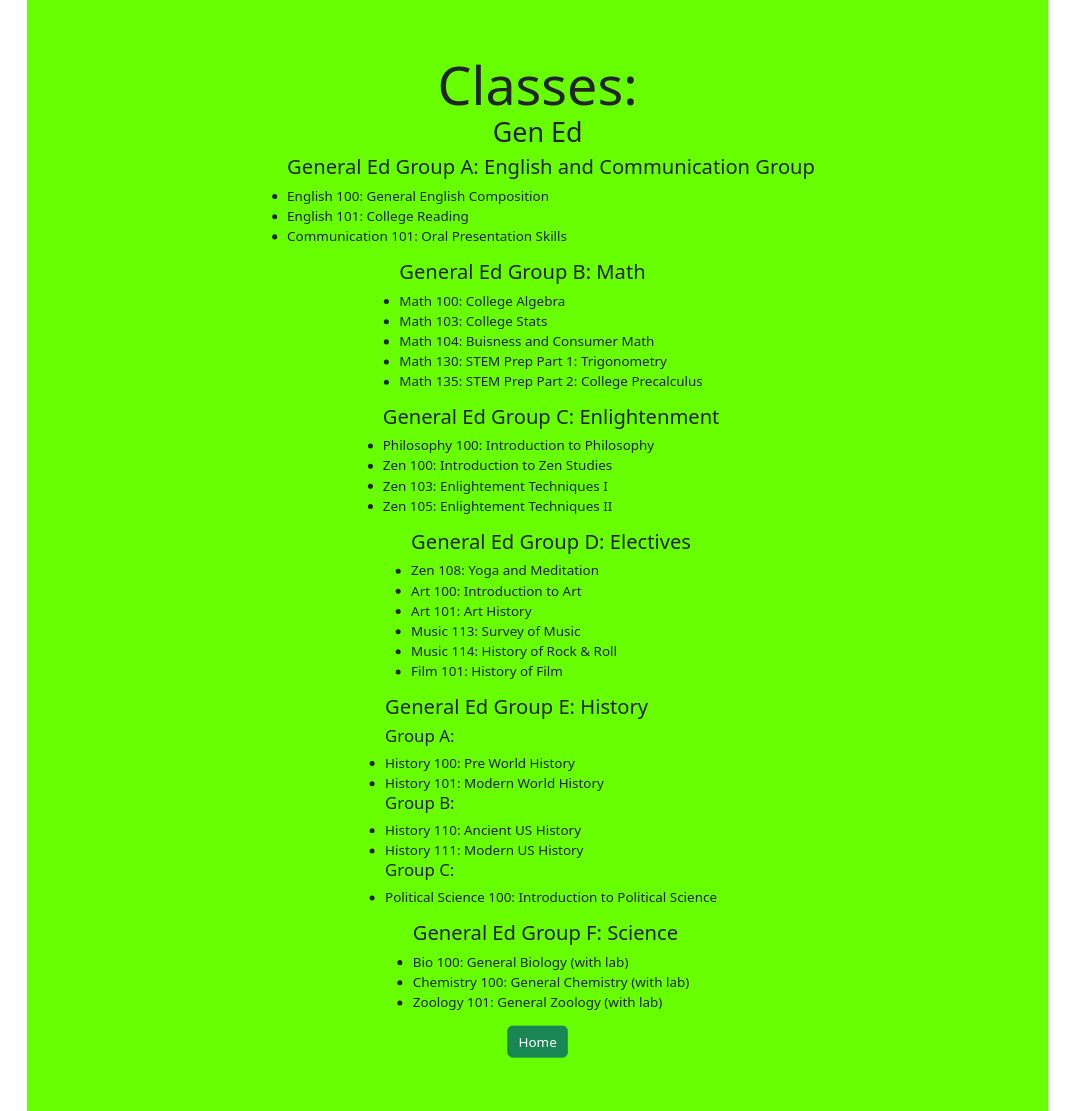
Repository: collegedude9300/zenschool
Page: /Classes
The author's editor kept a copy of each file at every save. The page is drawn from the files as they stood at one save, then again after the next save.
The browser window is 1280 px wide. The pictures show the whole page, at 84% of full size.
The project was rebuilt for these pictures with package versions that can differ from the ones it lists, and the page was loaded fresh each time. The framework's server and built-in components were replaced by stand-ins that run in the browser. Also part of the build but not shown: next.config.js.

Above is the page before, as saved 2022-10-28 09:59:54.

After the next save:
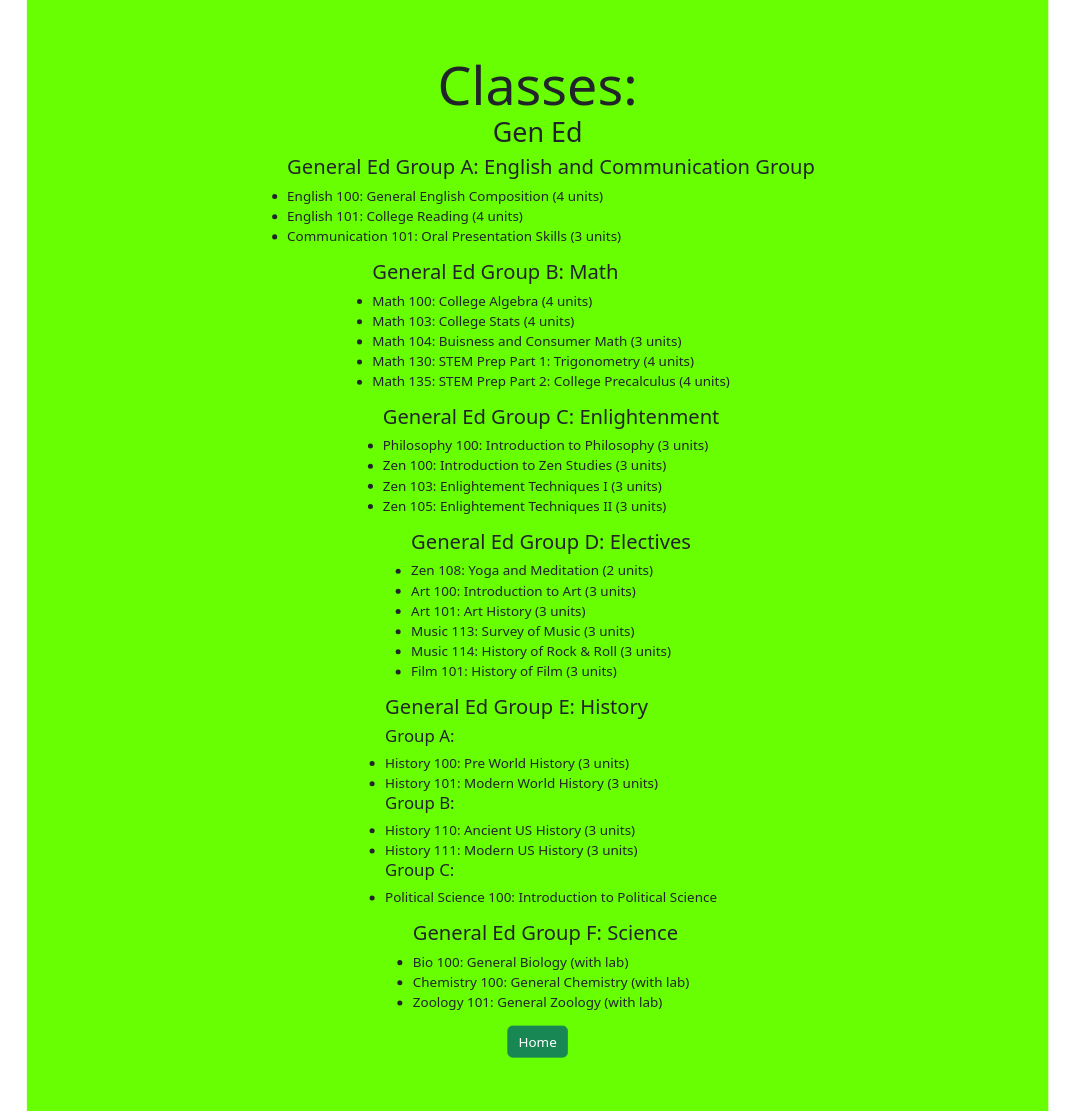
Saved 2 days later.
--- a/pages/Classes.js
+++ b/pages/Classes.js
@@ -19,42 +19,42 @@ export default function Classes() {
     <h2> Gen Ed</h2>
         <ul>
     <h4>General Ed Group A: English and Communication Group </h4>
-   <li> English 100: General English Composition </li>
-    <li> English 101: College Reading </li>
-    <li> Communication 101: Oral Presentation Skills </li>
+   <li> English 100: General English Composition (4 units)</li>
+    <li> English 101: College Reading  (4 units)</li>
+    <li> Communication 101: Oral Presentation Skills (3 units) </li>
     </ul>
        <ul>
        <h4>General Ed Group B: Math </h4>
-    <li> Math 100: College Algebra </li>
-    <li> Math 103: College Stats </li>
-    <li> Math 104: Buisness and Consumer Math </li>
-    <li> Math 130: STEM Prep Part 1: Trigonometry </li>
-    <li> Math 135:  STEM Prep Part 2: College Precalculus </li>
+    <li> Math 100: College Algebra (4 units) </li>
+    <li> Math 103: College Stats (4 units) </li>
+    <li> Math 104: Buisness and Consumer Math (3 units) </li>
+    <li> Math 130: STEM Prep Part 1: Trigonometry (4 units) </li>
+    <li> Math 135:  STEM Prep Part 2: College Precalculus (4 units) </li>
     </ul>
     <ul>
     <h4>General Ed Group C: Enlightenment </h4>
-    <li> Philosophy 100: Introduction to Philosophy </li>
-    <li> Zen 100: Introduction to Zen Studies </li>
-    <li> Zen 103: Enlightement Techniques I </li>
-    <li> Zen 105: Enlightement Techniques II </li>
+    <li> Philosophy 100: Introduction to Philosophy (3 units)</li>
+    <li> Zen 100: Introduction to Zen Studies (3 units) </li>
+    <li> Zen 103: Enlightement Techniques I (3 units) </li>
+    <li> Zen 105: Enlightement Techniques II (3 units) </li>
     </ul>
     <ul>
     <h4>General Ed Group D: Electives </h4>
-    <li> Zen 108:  Yoga and Meditation </li>
-    <li> Art 100: Introduction to Art</li>
-    <li> Art 101: Art History </li>
-    <li> Music 113: Survey of Music </li>
-    <li> Music 114: History of Rock & Roll </li>
-    <li> Film 101: History of Film </li>
+    <li> Zen 108:  Yoga and Meditation (2 units) </li>
+    <li> Art 100: Introduction to Art (3 units)</li>
+    <li> Art 101: Art History (3 units) </li>
+    <li> Music 113: Survey of Music  (3 units)</li>
+    <li> Music 114: History of Rock & Roll (3 units) </li>
+    <li> Film 101: History of Film (3 units) </li>
     </ul>
     <ul>
     <h4>General Ed Group E: History </h4>
     <h5> Group A:</h5>
-    <li> History 100: Pre World History  </li>
-    <li> History 101: Modern World History </li>
+    <li> History 100: Pre World History (3 units) </li>
+    <li> History 101: Modern World History (3 units) </li>
     <h5> Group B:</h5>
-    <li> History 110: Ancient US History </li>
-    <li> History 111: Modern US History </li>
+    <li> History 110: Ancient US History (3 units) </li>
+    <li> History 111: Modern US History (3 units) </li>
     <h5> Group C:</h5>
     <li> Political Science 100: Introduction to Political Science </li>
     </ul>
